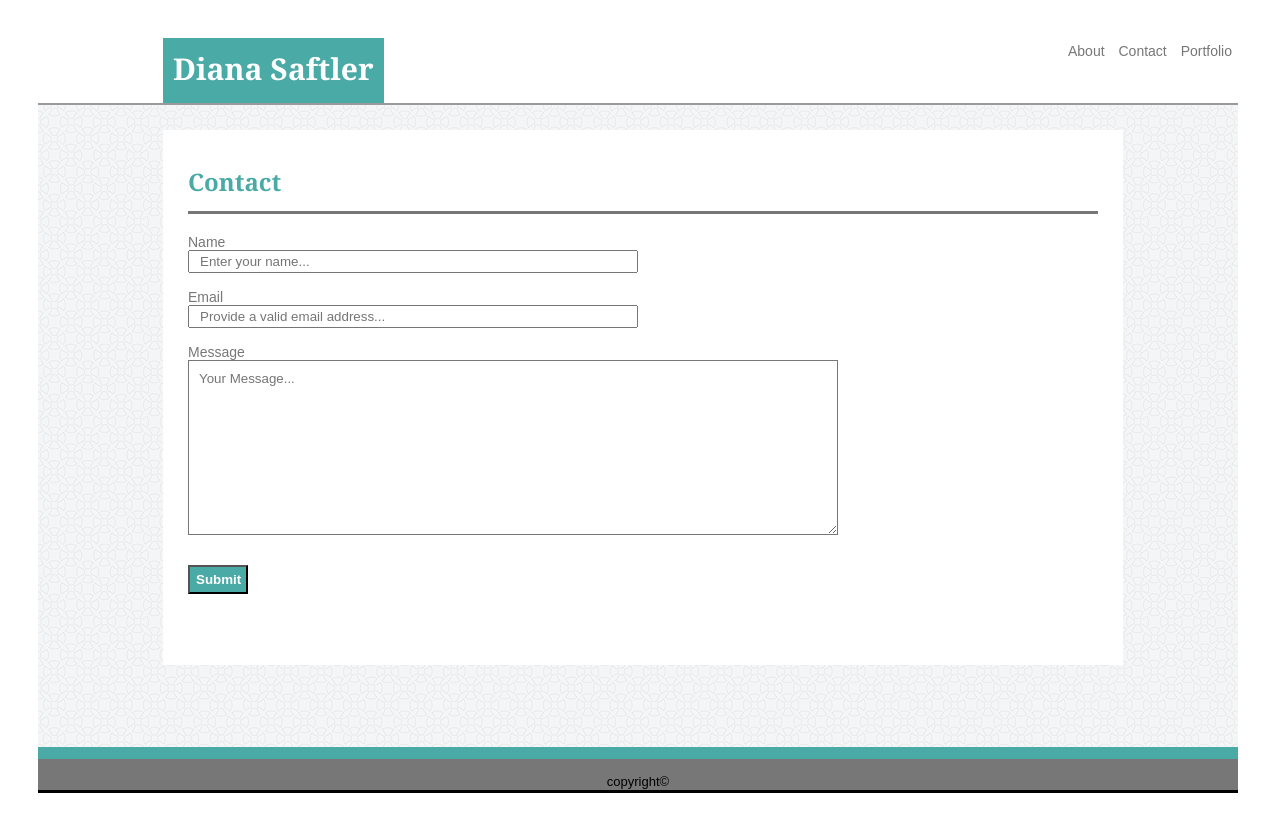
Repository: dsaftler/Bootstrap-Portfolio
Page: contact.html
The author's editor kept a copy of each file at every save. The page is drawn from the files as they stood at one save, then again after the next save.
The browser window is 1280 px wide. The pictures show the whole page.

Above is the page before, as saved 2019-03-20 22:23:15.

After the next save:
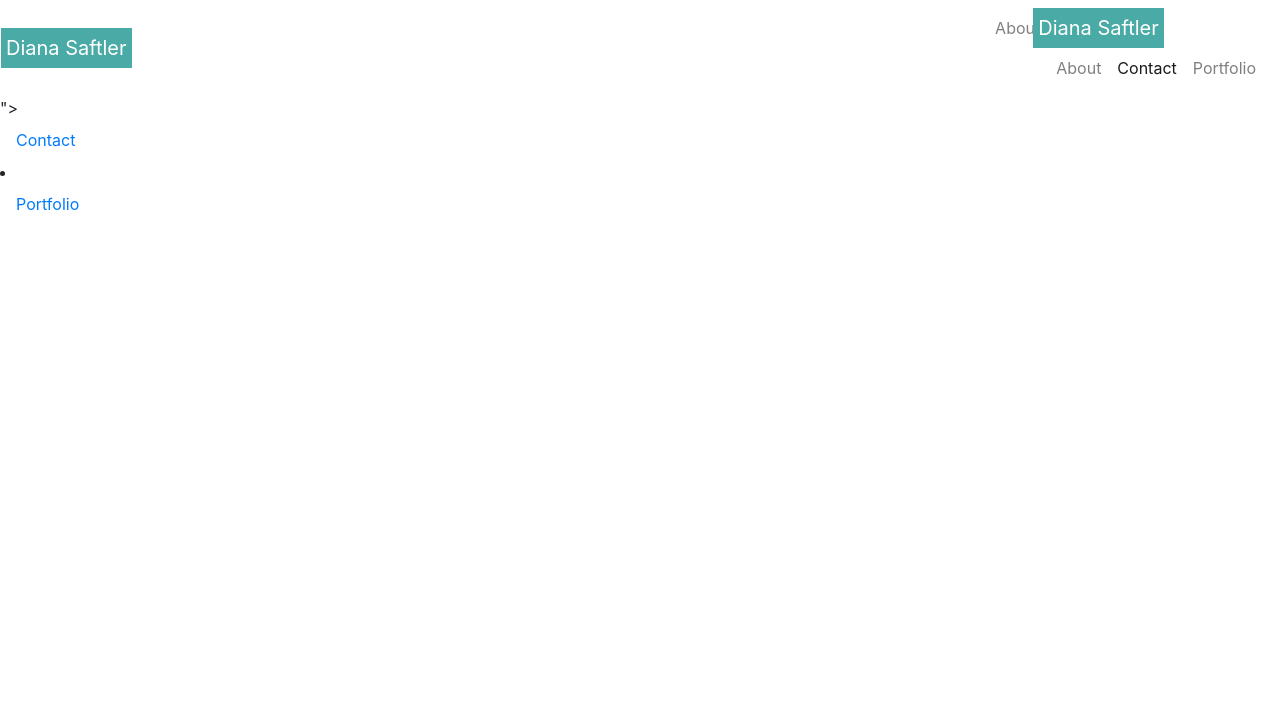
Saved 2 min 17 s later.
--- a/contact.html
+++ b/contact.html
@@ -1,48 +1,51 @@
-<html>
+<!DOCTYPE html>
+<html lang="en">
+<head>
+  <meta charset="UTF-8">
+  <meta name="viewport" content="width=device-width, initial-scale=1.0">
+  <meta http-equiv="X-UA-Compatible" content="ie=edge">
+  <link rel="stylesheet" href="https://stackpath.bootstrapcdn.com/bootstrap/4.1.3/css/bootstrap.min.css" integrity="sha384-MCw98/SFnGE8fJT3GXwEOngsV7Zt27NXFoaoApmYm81iuXoPkFOJwJ8ERdknLPMO" crossorigin="anonymous">
+  <title>Document</title>
+</head>
+<body>
+    <nav class="navbar navbar-expand-lg navbar-light" >
+        <a class="navbar-brand"  style="background-color: #4aaaa5; color: white; padding-right: 5px; padding-left: 5px; margin-left: -15px" href="#"> Diana Saftler </a>
+        <button class="navbar-toggler" type="button" data-toggle="collapse" data-target="#navbarSupportedContent" aria-controls="navbarSupportedContent" aria-expanded="false" aria-label="Toggle navigation">
+          <span class="navbar-toggler-icon"></span>
+        </button>
 
-    <head>
-        <title>Diana Saftler</title>
-        <!-- <link rel="stylesheet" href="assets/css/reset.css"> -->
-        <link rel="stylesheet" href="assets/css/style.css">
-        <link rel="icon" href="assets/images/Peony.jpg" type="image/jpg" sizes="16x16">
-        <meta charset="UTD-8">
+        <div class="collapse navbar-collapse" id="navbarSupportedContent">
+          <ul class="navbar-nav ml-auto">
+            <li class="nav-item">
+              <a class="nav-link"href="index.html">About<span class="sr-only">(current)</span></a>
+            </li>
+            <li class="nav-item     <nav class="navbar navbar-expand-lg navbar-light" >
+        <a class="navbar-brand"  style="background-color: #4aaaa5; color: white; padding-right: 5px; padding-left: 5px; margin-left: -15px" href="#"> Diana Saftler </a>
+        <button class="navbar-toggler" type="button" data-toggle="collapse" data-target="#navbarSupportedContent" aria-controls="navbarSupportedContent" aria-expanded="false" aria-label="Toggle navigation">
+          <span class="navbar-toggler-icon"></span>
+        </button>
 
-    </head>
-
-    <body>
-        <header>
-        <h1><span>Diana Saftler</span></h1>
-        <ul>
-            <li><a href="index.html">About</a></li>
-            <li><a href="contact.html">Contact</a></li>
-            <li><a href="portfolio_std.html">Portfolio</a></li>
-        </ul>
-        </header>
-        <div class="bg-pattern">
-            <div class="center-panel">
-                <h2>Contact</h2>
-                    <form action="http://www.w3schools.com/action_page.php" target="_blank">
-
-                    Name<br>
-                    <input type="text" class="plaintext"  name="name" placeholder="Enter your name..." >
-                    <br><br>
-                    Email<br>
-                    <input type="text" name="email" placeholder="Provide a valid email address...">
-                    <br><br>
-                    Message<br>
-
-                    <textarea name="message" class="textbox" placeholder="Your Message..."></textarea>
-
-                    <br><br>
-                   <p>
-                    <input type="submit" class="submit" value="Submit">
-                   </p>
-
-            </div>
-
-            </div>
+        <div class="collapse navbar-collapse" id="navbarSupportedContent">
+          <ul class="navbar-nav ml-auto">
+            <li class="nav-item">
+              <a class="nav-link"href="index.html">About<span class="sr-only">(current)</span></a>
+            </li>
+            <li class="nav-item active">
+              <a class="nav-link" href="contact.html">Contact<span class="sr-only">(current)</span></a>
+            </li>
+            <li class="nav-item">
+                <a class="nav-link"  href="portfolio.html">Portfolio</a>
+             </li>
+          </ul>
         </div>
-        <footer>copyright&copy</footer>
-    </body>
-
+      </nav>">
+              <a class="nav-link" href="contact.html">Contact</a>
+            </li>
+            <li class="nav-item">
+                <a class="nav-link"  href="portfolio.html">Portfolio</a>
+             </li>
+          </ul>
+        </div>
+      </nav>
+</body>
 </html>
